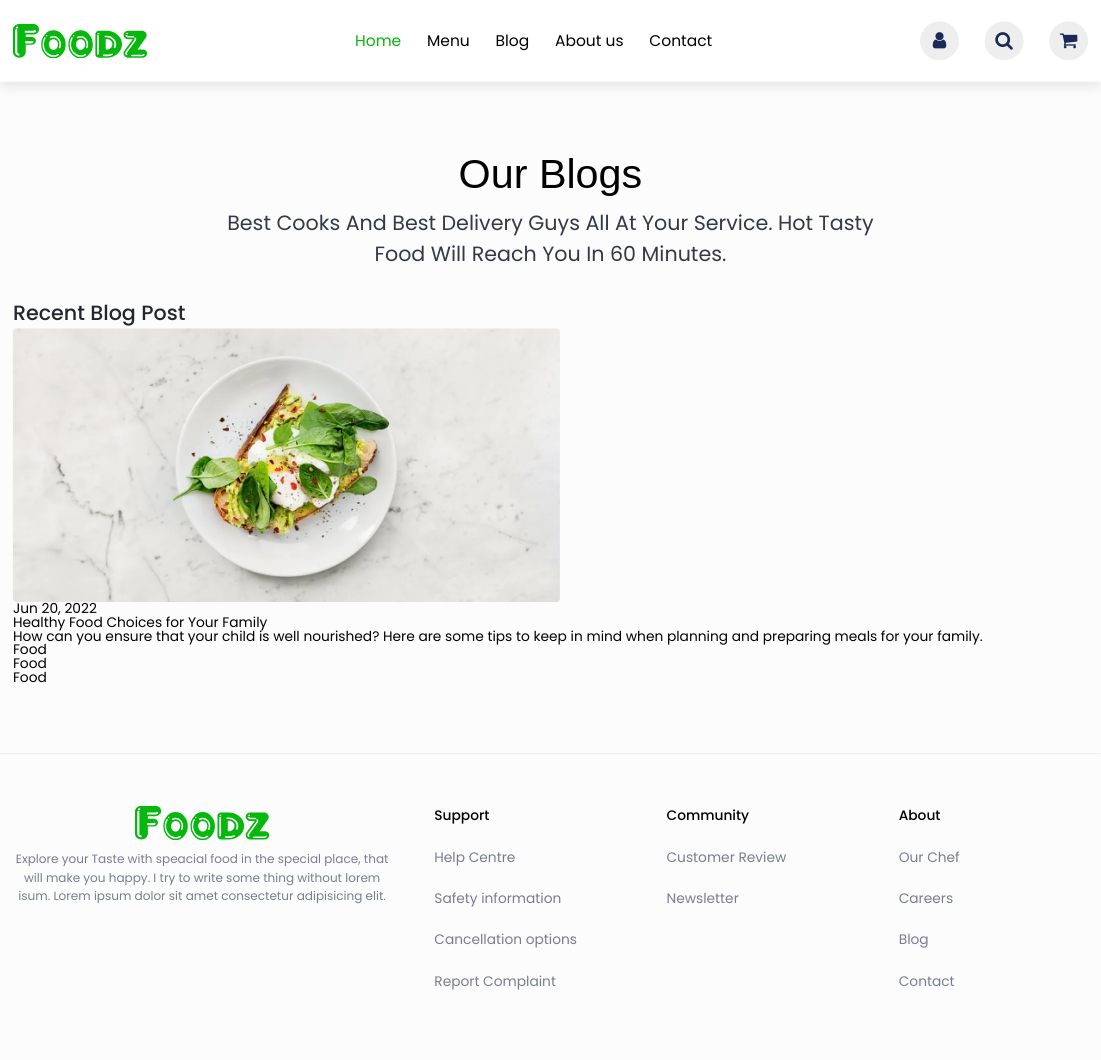
Repository: Toan3333/fooz
Page: assets/pages/blog.html
These files come from the project's save history. The page is drawn as it stood at one moment and after the next save; the edit follows.
The browser window is 1280 px wide. The pictures show the whole page, at 86% of full size.
Some web fonts or font styles are not loaded; a fallback is used.

Above is the page before, as saved 2023-06-01 13:27:14.

### assets/pages/blog.html
<!DOCTYPE html>
<html lang="en">
  <head>
    <meta charset="UTF-8" />
    <meta http-equiv="X-UA-Compatible" content="IE=edge" />
    <meta name="viewport" content="width=device-width, initial-scale=1.0" />
    <title>Blog</title>
    <link rel="stylesheet" href="/assets/css/style.css" />
    <link
      href="https://fonts.googleapis.com/css?family=Poppins:100,100italic,200,200italic,300,300italic,regular,italic,500,500italic,600,600italic,700,700italic,800,800italic,900,900italic"
      rel="stylesheet"
    />
    <link
      href="https://fonts.googleapis.com/css?family=Alice:regular"
      rel="stylesheet"
    />
    <link
      rel="stylesheet"
      href="https://cdnjs.cloudflare.com/ajax/libs/font-awesome/4.7.0/css/font-awesome.min.css"
    />
  </head>
  <body>
    <div class="app">
      <!-- header -->
      <header class="header">
        <div class="container">
          <div class="header-main">
            <div class="header-logo">
              <img src="/assets/images/Logo.svg" alt="" />
            </div>
            <div class="header-menu">
              <ul class="header-nav">
                <li class="header-list">
                  <a href="/index.html" class="header-link active">Home</a>
                </li>
                <li class="header-list">
                  <a href="#" class="header-link">Menu</a>
                </li>
                <li class="header-list">
                  <a href="#" class="header-link">Blog</a>
                </li>
                <li class="header-list">
                  <a href="#" class="header-link">About us</a>
                </li>
                <li class="header-list">
                  <a href="/assets/pages/contact.html" class="header-link"
                    >Contact</a
                  >
                </li>
              </ul>
            </div>
            <div class="header-auth">
              <div class="header-icon">
                <a href="#">
                  <i class="fa fa-user" aria-hidden="true"></i>
                </a>
                <a href="#">
                  <i class="fa fa-search" aria-hidden="true"></i>
                </a>
                <a href="#">
                  <i class="fa fa-shopping-cart" aria-hidden="true"></i>
                </a>
              </div>
            </div>
          </div>
        </div>
      </header>
      <!-- header end -->
      <section class="our-blog">
        <div class="container">
          <div class="text-center__primary special-center menu-center">
            Our blogs
            <p class="text-bottom">
              Best cooks and best delivery guys all at your service. Hot tasty
              food will reach you in 60 minutes.
            </p>
          </div>
          <div class="our-blog__heading">Recent Blog Post</div>
          <div class="our-blog__main">
            <div class="our-blog__post">
              <div class="our-blog__image">
                <img src="/assets/images/blog-4.png" alt="" />
              </div>
              <div class="our-blog__content">
                <div class="our-blog__date">Jun 20, 2022</div>
                <div class="our-blog__title">
                  Healthy Food Choices for Your Family
                </div>
                <div class="our-blog__text">
                  How can you ensure that your child is well nourished? Here are
                  some tips to keep in mind when planning and preparing meals
                  for your family.
                </div>
                <ul class="our-blog__tag">
                  <li class="our-blog__item">Food</li>
                  <li class="our-blog__item">Food</li>
                  <li class="our-blog__item">Food</li>
                </ul>
              </div>
            </div>
            <div class="our-blog__post-2"></div>
          </div>
        </div>
      </section>

      <footer class="footer">
        <div class="container">
          <div class="footer-list">
            <div class="footer-column">
              <div class="footer-center">
                <div class="footer-logo">
                  <img src="/assets/images/Logo.svg" alt="" />
                </div>
                <p class="footer-desc">
                  Explore your Taste with speacial food in the special place,
                  that will make you happy. I try to write some thing without
                  lorem isum. Lorem ipsum dolor sit amet consectetur adipisicing
                  elit.
                </p>
              </div>
            </div>
            <div class="footer-column">
              <h3 class="footer-title">Support</h3>
              <ul class="footer-menu">
                <li class="footer-item"><a href="#">Help Centre</a></li>
                <li class="footer-item"><a href="#">Safety information</a></li>
                <li class="footer-item">
                  <a href="#">Cancellation options</a>
                </li>
                <li class="footer-item"><a href="#">Report Complaint</a></li>
              </ul>
            </div>
            <div class="footer-column">
              <h3 class="footer-title">Community</h3>
              <ul class="footer-menu">
                <li class="footer-item"><a href="#">Customer Review</a></li>
                <li class="footer-item"><a href="#">Newsletter</a></li>
              </ul>
            </div>
            <div class="footer-column">
              <h3 class="footer-title">About</h3>
              <ul class="footer-menu">
                <li class="footer-item"><a href="#">Our Chef</a></li>
                <li class="footer-item"><a href="#">Careers</a></li>
                <li class="footer-item">
                  <a href="#">Blog</a>
                </li>
                <li class="footer-item"><a href="#">Contact</a></li>
              </ul>
            </div>
          </div>
        </div>
      </footer>
      <!-- loader -->
      <!-- <div class="loader-container">
        <img src="./assets/images/loader.gif" alt="" />
      </div> -->
      <!-- loader end -->
    </div>
  </body>
</html>

### assets/css/style.css
*,
*:before,
*:after {
  box-sizing: border-box;
  text-decoration: none;
  list-style: none;
}
:root {
  --font-primary: "Poppins", sans-serif;
  --font-secondary: "Alice", sans-serif;
  --primary-color: #04b90b;
  --black: #000000;
  --gray: #777e90;
  --black-2: #23262f;
  --bg-primary: #fcfcfd;
  --gray-2: #f4f5f6;
  --gray-3: #353945;
  --btn-color: #192a56;
}
* {
  margin: 0;
  padding: 0;
  font: inherit;
}
img,
picture,
svg,
video {
  display: block;
  max-width: 100%;
}
input,
select,
textarea {
  background-color: transparent;
  outline: none;
}
button {
  cursor: pointer;
  background-color: transparent;
  outline: none;
  border: 0;
}
body {
  min-height: 100vh;
  font-weight: 400;
  font-size: 16px;
  line-height: 1;
  font-family: var(--font-primary);
  background-color: var(--bg-primary);
  color: var(--black);
}
.container {
  max-width: 1330px;
  width: 100%;
  margin: 0 auto;
  padding: 0 15px;
}
/* HEADER */
.header {
  position: sticky;
  top: 0;
  left: 0;
  right: 0;
  z-index: 1000;
  padding: 25px 0;
  background-color: #fff;
  box-shadow: 0 5px 15px rgba(0, 0, 0, 0.1);
}
.header-main {
  display: flex;
  justify-content: space-between;
  align-items: center;
}
.header-logo {
  cursor: pointer;
}
.header-nav {
  display: flex;
  align-items: center;
  gap: 30px;
}
.header-link {
  font-size: 18px;
  line-height: 30px;
  font-weight: 400;
  color: var(--black);
}
.header-link:hover {
  color: var(--primary-color);
  transition: all 0.2s linear;
}
.header-link.active {
  color: var(--primary-color);
}
.header-icon {
  display: flex;
  align-items: center;
  gap: 30px;
  font-size: 22px;
}
.header-icon a,
.header-icon i {
  width: 45px;
  height: 45px;
  line-height: 45px;
  border-radius: 100rem;
  text-align: center;
  color: var(--btn-color);
  background-color: #eee;
  transition: 0.2s linear;
}
.header-icon a:hover,
.header-icon i:hover {
  color: #fff;
  background-color: var(--primary-color);
  transform: rotate(180deg);
}

/* HEADER END */

/* HERO */
.hero {
  padding: 60px 0;
}
.hero-main {
  display: flex;
  justify-content: space-between;
  gap: 40px;
}
.hero-content {
  max-width: 677px;
  width: 100%;
}
.hero-title {
  font-size: 65px;
  font-weight: 400;
  font-family: var(--font-secondary);
  line-height: 70px;
  letter-spacing: -0.5%;
  margin-bottom: 30px;
}
.hero-desc {
  font-size: 24px;
  font-weight: 400;
  line-height: 36px;
  color: var(--gray);
  margin-bottom: 25px;
}
.hero-cta {
  margin-bottom: 105px;
}
.hero-btn {
  display: flex;
  align-items: center;
  gap: 24px;
}
.hero-btn span {
  font-size: 16px;
  line-height: 24px;
  font-weight: 400;
  color: var(--primary-color);
}
.button-primary {
  background-color: var(--btn-color);
  border-radius: 8px;
  padding: 10px 20px;
  font-size: 16px;
  line-height: 24px;
  font-weight: 500;
  color: var(--bg-primary);
  transition: all 0.2s linear;
}
.button-primary:hover {
  background-color: var(--primary-color);
  letter-spacing: 1px;
}
.hero-info {
  max-width: 576px;
  width: 100%;
  background-color: var(--gray-2);
  border-radius: 16px;
  padding: 28px 56px 28px 56px;
}
.hero-list {
  display: flex;
  align-items: center;
  justify-content: space-between;
}
.hero-item {
  text-align: center;
}
.hero-number {
  font-size: 32px;
  line-height: 48px;
  font-weight: 600;
  color: var(--gray);
}
.hero-text {
  font-size: 20px;
  line-height: 30px;
  color: var(--gray);
  font-weight: 400;
}
.hero-image {
  width: 100%;
}
.hero-image img {
  width: 100%;
}
/* HERO END*/

/* SERVICE */
.service {
  padding: 80px 0;
}
.text-center__primary {
  max-width: 440px;
  margin: 0 auto;
  text-align: center;
  font-size: 48px;
  font-weight: 400;
  line-height: 55px;
  font-family: var(--font-secondary);
  text-transform: capitalize;
}
.text-primary {
  color: var(--primary-color);
}
.service-list {
  margin-top: 80px;
  display: grid;
  grid-template-columns: repeat(3, 1fr);
  grid-gap: 70px;
}
.service-item {
  display: flex;
  align-items: center;
  justify-content: center;
  flex-direction: column;
  padding: 40px 36px;
  text-align: center;
  cursor: pointer;
}
.service-item:hover {
  background: #ffffff;
  box-shadow: 0px 10px 27px rgba(53, 53, 53, 0.05);
  transition: 0.2s linear;
}
.service-icon {
  margin-bottom: 24px;
}
.service-icon a {
  width: 120px;
  height: 120px;
  border-radius: 100rem;
  background: #ffffff;
  box-shadow: 5px 9px 16px rgba(0, 0, 0, 0.04);
  display: inline-flex;
  align-items: center;
  justify-content: center;
}
.service-title {
  font-size: 28px;
  line-height: 42px;
  font-weight: 400;
  color: var(--black-2);
  margin-bottom: 6px;
}
.service-desc {
  font-size: 16px;
  line-height: 24px;
  font-weight: 400;
  color: var(--gray-3);
}
/* SERVICE END*/

/* ABOUT */
.about {
  padding: 80px 0;
}
.about-heading {
  text-align: center;
}
.about-main {
  display: flex;
  justify-content: space-between;
  align-items: center;
  gap: 130px;
  margin-top: 80px;
}
.about-center {
  max-width: 475px;
}
.about-image {
  max-width: 500px;
  width: 100%;
}
.about-image img {
  width: 100%;
}
.about-content {
  width: 100%;
}
.about-info {
  display: flex;
  align-items: center;
  gap: 94px;
  font-family: var(--font-secondary);
  margin-bottom: 12px;
}
.about-name {
  font-size: 24px;
  color: var(--primary-color);
  font-weight: 400;
  line-height: 28px;
}
.about-view {
  display: flex;
  align-items: center;
  gap: 12px;
  font-size: 14px;
  font-weight: 500;
  line-height: 20px;
  color: var(--primary-color);
}
.about-desc {
  font-size: 18px;
  line-height: 27px;
  font-weight: 400;
  color: var(--gray-3);
}
/* ABOUT END*/

/* SPECIAL */
.special {
  padding: 80px 0;
}
.special-center {
  max-width: 770px;
  margin: 0 auto;
  width: 100%;
}
.text-bottom {
  margin-top: 12px;
  font-size: 24px;
  line-height: 36px;
  color: var(--gray-3);
  font-weight: 400;
  font-family: var(--font-primary);
}
.special-list {
  margin-top: 80px;
  display: grid;
  grid-template-columns: repeat(3, 1fr);
  grid-gap: 30px;
}
.special-item {
  background-color: #ffffff;
  box-shadow: 0px 10px 27px rgba(53, 53, 53, 0.05);
  border-radius: 15px;
  padding: 24px 28px;
}
.special-image {
  position: relative;
  width: 100%;
  margin-bottom: 24px;
  cursor: pointer;
  text-align: center;
  overflow: hidden;
}
.special-image .fa-heart,
.special-image .fa-eye {
  position: absolute;
  top: 15px;
  height: 50px;
  width: 50px;
  line-height: 50px;
  background-color: #eee;
  font-size: 20px;
  border-radius: 50%;
  transition: all 0.2s linear;
}
.special-image .fa-heart:hover,
.special-image .fa-eye:hover {
  background-color: var(--primary-color);
  color: #fff;
}
.special-image .fa-heart {
  right: -150px;
}
.special-image .fa-eye {
  left: -150px;
}
.special-image:hover .fa-heart {
  right: 15px;
}
.special-image:hover .fa-eye {
  left: 15px;
}

.special-image img {
  width: 100%;
}
.special-title {
  font-size: 32px;
  line-height: 37px;
  font-weight: 400;
  color: var(--black-2);
  margin-bottom: 12px;
  font-family: var(--font-secondary);
  cursor: pointer;
}
.special-title:hover {
  color: var(--primary-color);
  transition: 0.2s linear;
}
.special-rating {
  display: flex;
  align-items: center;
  gap: 12px;
  margin-bottom: 12px;
}
.special-icon i {
  color: var(--primary-color);
}
.special-views {
  font-size: 16px;
  line-height: 24px;
  font-weight: 400;
  color: var(--gray-3);
}
.special-bottom {
  display: flex;
  align-items: center;
  justify-content: space-between;
}
.special-price {
  font-size: 40px;
  line-height: 40px;
  font-weight: 400;
  color: var(--primary-color);
  font-family: var(--font-secondary);
  text-transform: capitalize;
}
.special-arrows {
  margin-top: 48px;
  display: inline-block;
  position: relative;
  left: 50%;
  transform: translateX(-50%);
  cursor: pointer;
}
.special-main {
  display: flex;
  align-items: center;
  gap: 8px;
}
.special-btn-arrow i {
  width: 40px;
  height: 40px;
  border-radius: 100rem;
  display: inline-flex;
  border: 2px solid #e6e8ec;
  border-radius: 40px;
  align-items: center;
  justify-content: center;
  transition: 0.2s ease-in-out;
}
.special-btn-arrow i:hover {
  color: white;
  background-color: var(--primary-color);
}
/* SPECIAL END*/
/* form */
.form-main {
  margin-top: 80px;
  display: flex;
  justify-content: space-between;
  align-items: center;
  gap: 105px;
}
.form-content {
  max-width: 544px;
  width: 100%;
}
.form-title {
  font-size: 24px;
  font-weight: 400;
  line-height: 36px;
  color: var(--black-2);
  margin-bottom: 4px;
}
.form-text {
  font-size: 16px;
  line-height: 24px;
  font-weight: 400;
  margin-bottom: 24px;
}
.form-list {
  display: flex;
  align-items: center;
  justify-content: space-between;
  margin-bottom: 8px;
  font-size: 16px;
  line-height: 24px;
  font-weight: 400;
}
.form-list span {
  color: var(--primary-color);
}
.form-meal__select {
  width: 100%;
}
.form-meal__select select {
  width: 100%;
  padding: 10px 20px 10px 20px;
  border-radius: 12px;
  color: var(--gray);
}
.form-meal__add {
  color: var(--primary-color);
  display: flex;
  align-items: center;
  gap: 4px;
  font-size: 14px;
  line-height: 21px;
  margin-top: 8px;
}
.form-container {
  display: flex;
  justify-content: space-between;
  align-items: center;
}
.form-field {
  font-size: 16px;
  font-weight: 400;
  line-height: 24px;
  margin-top: 16px;
}
.form-field__title {
  font-size: 16px;
  line-height: 24px;
  font-weight: 400;
  color: var(--gray-3);
}
.form-item {
  max-width: 256px;
  width: 100%;
  position: relative;
}
.form-item.form-items {
  max-width: 544px;
  width: 100%;
}
.form-input__cash {
  width: 100%;
}
.form-item__icon {
  position: absolute;
  top: 23px;
  right: 20px;
}
.form-field input {
  width: 100%;
  padding: 10px 20px 10px 20px;
  border-radius: 12px;
  border: 1px solid var(--gray);
  margin-top: 8px;
}
.form-field input::placeholder {
  font-size: 16px;
  font-weight: 400;
  color: var(--gray);
}
.form-field.form-item {
  max-width: 256px;
  width: 100%;
}
.form-field textarea {
  width: 100%;
  padding: 10px 20px;
  border: 1px solid var(--gray);
  border-radius: 12px;
  color: var(--gray);
  font-weight: 400;
}
.form-price {
  font-size: 16px;
  line-height: 24px;
  font-weight: 400;
  color: var(--gray);
  display: flex;
  align-items: center;
  gap: 6px;
  margin-bottom: 32px;
}
.form-price span {
  font-size: 24px;
  line-height: 27px;
  font-family: var(--font-secondary);
  font-weight: 400;
  color: var(--primary-color);
}
.form-image {
  width: 100%;
}
.form-image img {
  width: 100%;
}
.loader-container {
  position: fixed;
  top: 0;
  left: 0;
  z-index: 10000;
  display: flex;
  justify-content: center;
  align-items: center;
  height: 100%;
  width: 100%;
  background-color: #fff;
}
.loader-container.fade-out {
  top: -120%;
}
.blog {
  padding: 80px 0px;
}
.blog-list {
  margin-top: 80px;
  display: grid;
  grid-template-columns: repeat(3, 1fr);
  grid-gap: 30px;
}
.blog-image {
  transition: 0.2s linear;
  width: 100%;
  overflow: hidden;
  cursor: pointer;
}

.blog-image img {
  width: 100%;
  transition: all 0.3s ease-in-out;
}
.blog-image:hover img {
  transform: scale(1.1);
}
.blog-content {
  padding: 15px 20px;
  border: 1px solid #e5e5e5;
  background-color: #ffffff;
}
.blog-title {
  font-size: 20px;
  line-height: 32px;
  margin-bottom: 8px;
  cursor: pointer;
  transition: 0.2s linear;
}
.blog-title:hover {
  color: var(--primary-color);
}
.blog-desc {
  font-size: 16px;
  line-height: 24px;
  font-weight: 400;
  color: var(--gray);
  margin-bottom: 12px;
}
.menu {
  padding: 80px 0;
}
.menu-center {
  margin-bottom: 32px;
}
.tab {
  max-width: 672px;
  width: 100%;
  margin: 0 auto;
  background-color: white;
  padding: 8px;
  box-shadow: 0px 3px 9px rgba(1, 5, 20, 0.05);
  border-radius: 8px;
  display: grid;
  grid-template-columns: repeat(3, 1fr);
  grid-gap: 36px;
}
.tab-item {
  display: flex;
  align-items: center;
  padding: 12px;
  cursor: pointer;
  transition: all 0.2s linear;
  gap: 8px;
}
.tab-item img {
  width: 33px;
  height: 33px;
}
.tab-item.active {
  background-color: var(--primary-color);
  color: white;
  border-radius: 8px;
}
.tab-item:hover {
  background-color: var(--primary-color);
  border-radius: 8px;
  color: white;
}
.contact {
  padding: 80px 0;
}
.contact-main {
  display: flex;
  justify-content: space-between;
  align-items: center;
  gap: 135px;
}
.contact-content {
  max-width: 524px;
  width: 100%;
}
.contact-title {
  font-size: 48px;
  font-weight: 400;
  line-height: 55px;
  text-transform: capitalize;
  color: var(--black-2);
  font-family: var(--font-secondary);
  margin-bottom: 12px;
}
.contact-text {
  font-size: 22px;
  font-weight: 400;
  line-height: 32px;
  color: var(--gray);
}
.contact-text span {
  color: var(--primary-color);
}
.contact-btn {
  margin-top: 20px;
  width: 100%;
}
.contact-button {
  width: 100%;
}
.contact-map {
  width: 100%;
}
.our-blog {
  padding: 80px 0;
}
.our-blog__heading {
  font-size: 24px;
  line-height: 36px;
  color: var(--black-2);
  font-weight: 500;
  text-transform: capitalize;
}
.footer {
  padding-bottom: 80px;
  border-top: 1px solid #e6e8ec;
  padding-top: 60px;
}
.footer-list {
  display: grid;
  grid-template-columns: 2fr 1fr 1fr 1fr;
  grid-gap: 50px;
}
.footer-center {
  display: flex;
  align-items: center;
  flex-direction: column;
  text-align: center;
}
.footer-logo {
  margin-bottom: 12px;
}
.footer-desc {
  font-size: 14px;
  line-height: 21px;
  color: var(--gray);
  font-weight: 400;
}
.footer-title {
  font-size: 16px;
  line-height: 24px;
  font-weight: 500;
  color: var(--black);
  margin-bottom: 24px;
}
.footer-menu {
  display: flex;
  gap: 24px;
  flex-direction: column;
}
.footer-item a {
  font-size: 16px;
  font-weight: 400;
  line-height: 24px;
  color: var(--gray);
  transition: 0.2s linear;
}
.footer-item a:hover {
  color: var(--primary-color);
}

After the next save:
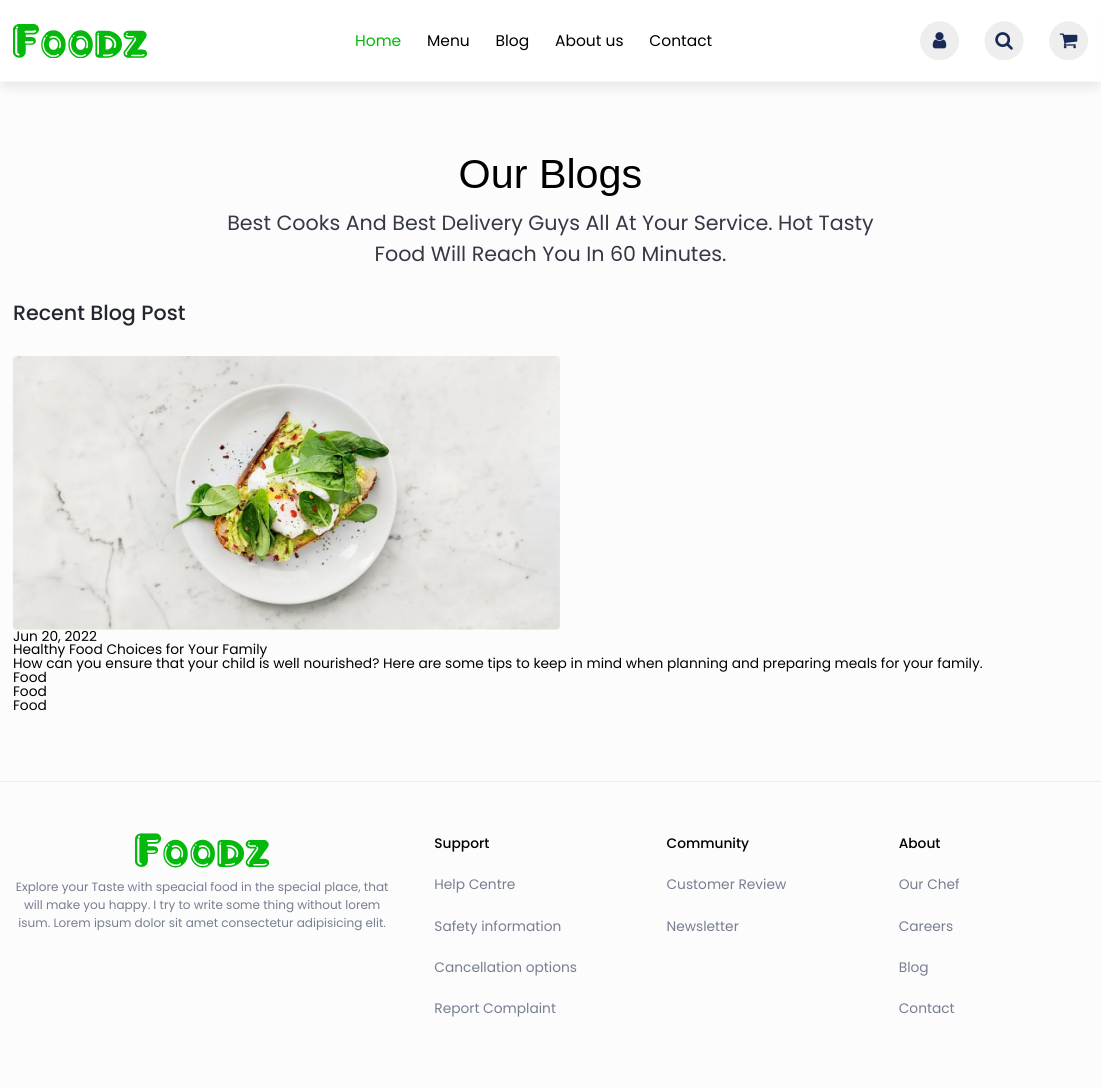
Saved 14 s later.
--- a/assets/css/style.css
+++ b/assets/css/style.css
@@ -758,6 +758,7 @@ body {
   color: var(--black-2);
   font-weight: 500;
   text-transform: capitalize;
+  margin-bottom: 32px;
 }
 .footer {
   padding-bottom: 80px;
